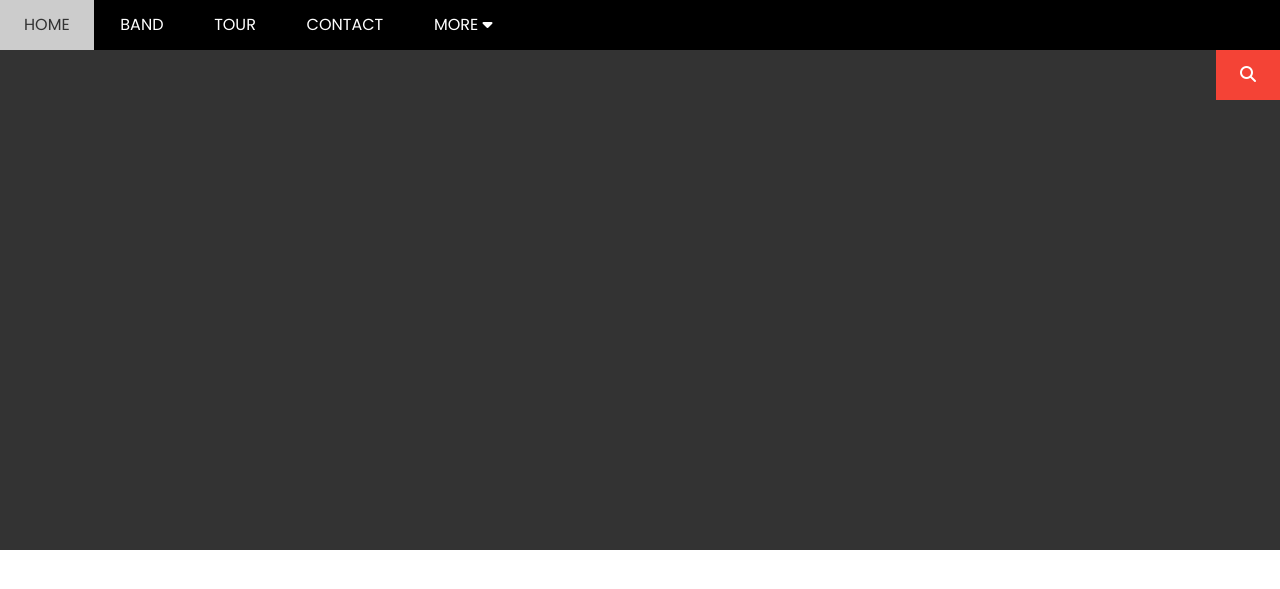
Repository: dptuyen1/the-band
Page: index.html
These files come from the project's save history. The page is drawn as it stood at one moment and after the next save; the edit follows.
The browser window is 1280 px wide. The pictures show the whole page.

Above is the page before, as saved 2023-06-02 13:09:45.

After the next save:
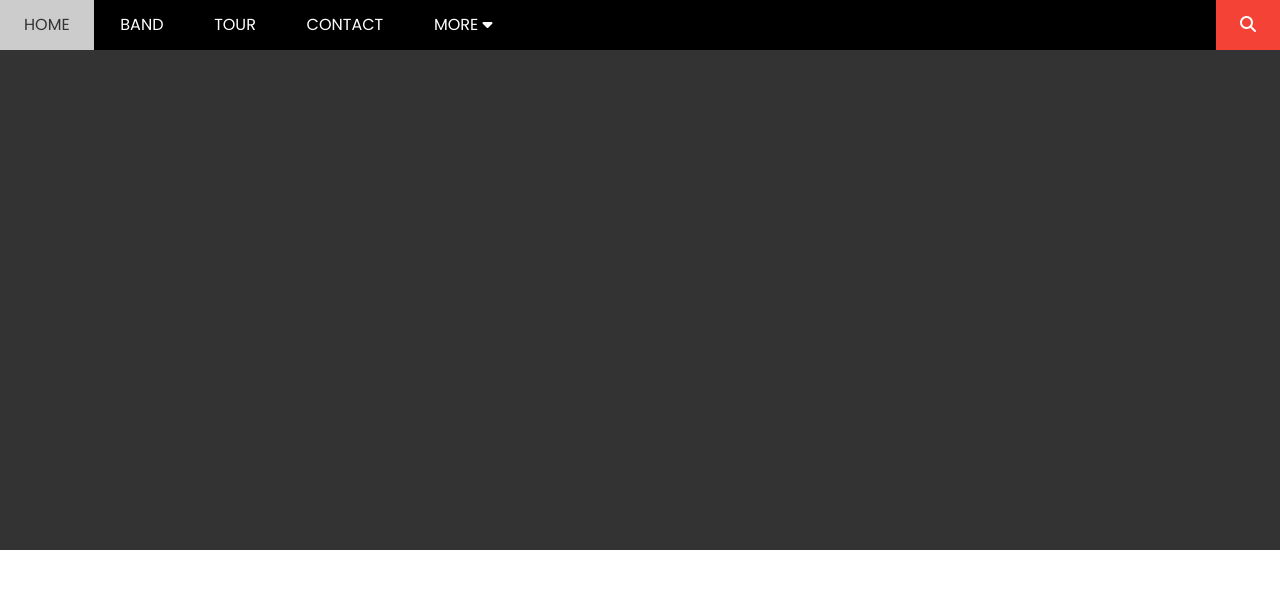
Saved 4 s later.
--- a/assets/css/style.css
+++ b/assets/css/style.css
@@ -88,6 +88,7 @@ html {
   background-color: #f44336;
   position: absolute;
   right: 0;
+  top: 0;
 }
 
 #slider {
